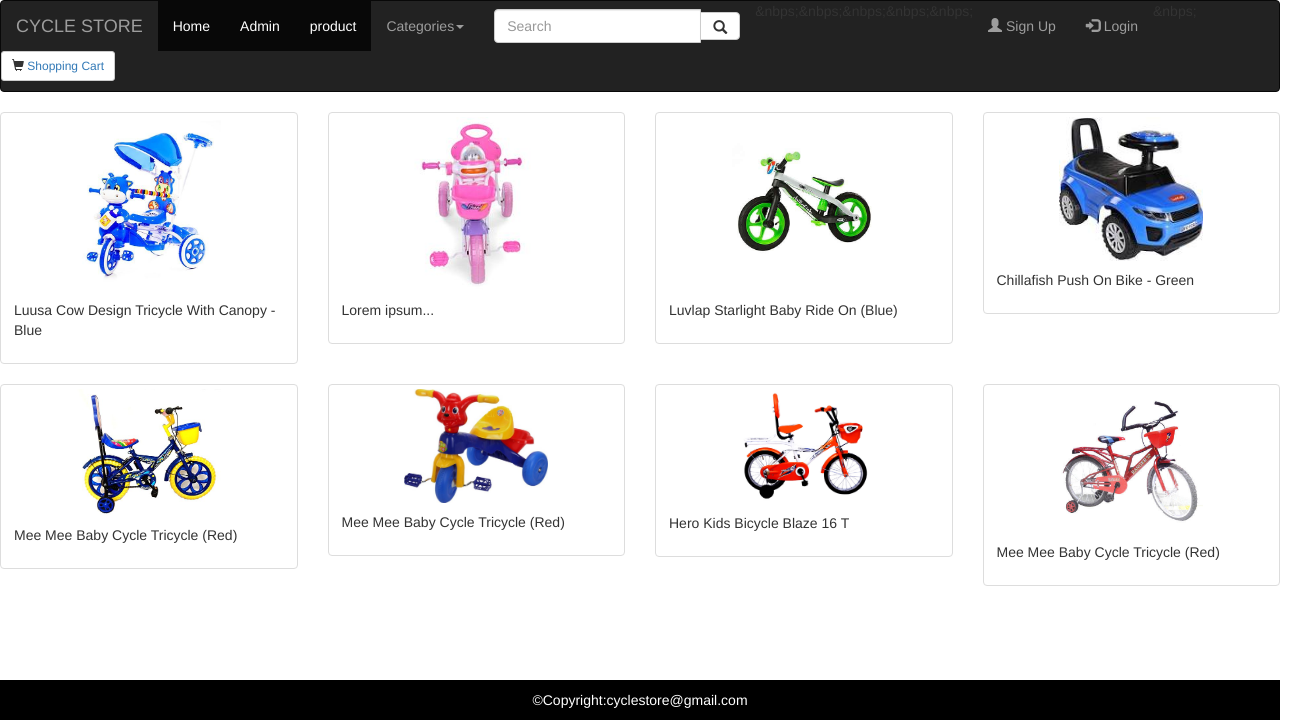
Repository: SumiyaSulaiman/project1
Page: http://localhost/cycle/kids.jsp
The author's editor kept a copy of each file at every save. The page is drawn from the files as they stood at one save, then again after the next save.
The browser window is 1280 px wide. The page is 1295 px wide, so the pictures cover 1295 px, including what lies to the right of the window. The pictures show the whole page.
Some web libraries are served in a nearby version. The page is served by Tomcat 9. Nobody is signed in. The application's start-up code is not run. Other server files are loaded and not shown.

Above is the page before, as saved 2017-12-22 07:43:55.

### project/cycle/src/main/webapp/kids.jsp
<%@ page language="java" contentType="text/html; charset=ISO-8859-1"
    pageEncoding="ISO-8859-1"%>
<!DOCTYPE html PUBLIC "-//W3C//DTD HTML 4.01 Transitional//EN" "http://www.w3.org/TR/html4/loose.dtd">
<html>
<head>
<meta http-equiv="Content-Type" content="text/html; charset=ISO-8859-1">
<style>

.row.flex{display:inline-flex;  width:100%;}
img{width:50%;height=auto;}

</style>
</head>
<body>

<jsp:include page="header.jsp"></jsp:include>

<div class="row" >
  <div class="col-xs-3">
    <div class="thumbnail">
      <a href="./resources/baby1.jpg">
        <img src="./resources/baby1.jpg" >
        <div class="caption">
          <p>Luusa Cow Design Tricycle With Canopy - Blue</p>
        </div>
      </a>
    </div>
  </div>
  <div class="col-xs-3">
    <div class="thumbnail" >
      <a href="./resources/baby2.jpg">
        <img src="./resources/baby2.jpg" >
        <div class="caption">
          <p>Lorem ipsum...</p>
        </div>
      </a>
    </div>
  </div>
  <div class="col-xs-3">
    <div class="thumbnail">
      <a href="./resources/kid1.jpg">
        <img src="./resources/kid1.jpg">
        <div class="caption">
          <p>Luvlap Starlight Baby Ride On (Blue)</p>
        </div>
      </a>
    </div>
  </div>
  <div class="col-xs-3">
    <div class="thumbnail">
      <a href="./resources/baby3.jpg">
        <img src="./resources/baby3.jpg"  >
        <div class="caption">
          <p>Chillafish Push On Bike - Green</p>
        </div>
      </a>
    </div>
  </div>

</div>

<div class="row">
	<div class="col-xs-3">
    <div class="thumbnail">
      <a href="./resources/baby4.jpg">
        <img src="./resources/baby4.jpg">
        <div class="caption">
          <p>Mee Mee Baby Cycle Tricycle  (Red)</p>
        </div>
      </a>
    </div>
  </div>

	<div class="col-xs-3">
    <div class="thumbnail">
      <a href="./resources/baby5.jpg">
        <img src="./resources/baby5.jpg">
        <div class="caption">
          <p>Mee Mee Baby Cycle Tricycle  (Red)</p>
        </div>
      </a>
    </div>
  </div>

	<div class="col-xs-3">
    <div class="thumbnail">
      <a href="./resources/kid2.jpg">
        <img src="./resources/kid2.jpg">
        <div class="caption">
          <p>Hero Kids Bicycle Blaze 16 T</p>
        </div>
      </a>
    </div>
  </div>

  <div class="col-xs-3">
    <div class="thumbnail">
      <a href="./resources/cycle3.jpg">
        <img src="./resources/cycle3.jpg">
        <div class="caption">
          <p>Mee Mee Baby Cycle Tricycle  (Red)</p>
        </div>
      </a>
    </div>
  </div>

</div>



<jsp:include page="footer.jsp"></jsp:include>

</body>
</html>

### project/cycle/src/main/webapp/header.jsp
 <%@ page language="java" contentType="text/html; charset=ISO-8859-1"
    pageEncoding="ISO-8859-1"%>
<!DOCTYPE html PUBLIC "-//W3C//DTD HTML 4.01 Transitional//EN" "http://www.w3.org/TR/html4/loose.dtd">
<html>
<head>
<meta charset="utf-8">
  <meta http-equiv="X-UA-Compatible" content="IE=edge">
  <meta name="description" content="">
  <meta name="viewport" content="width=device-width, initial-scale=1">
  <link rel="stylesheet" href="https://maxcdn.bootstrapcdn.com/bootstrap/3.3.7/css/bootstrap.min.css">
  <script src="https://ajax.googleapis.com/ajax/libs/jquery/3.2.0/jquery.min.js"></script>
  <script src="https://maxcdn.bootstrapcdn.com/bootstrap/3.3.7/js/bootstrap.min.js"></script>

</head>
<body>

<nav class="navbar navbar-inverse" >

    <div class="navbar-header">
      <a class="navbar-brand" href="#">CYCLE STORE</a>
    </div>
    <ul class="nav navbar-nav">
      <li class="active"><a href="index.jsp">Home</a></li>
      <li class="active"><a href="">Admin</a></li>
      <li class="active"><a href="">product</a></li>
      <li class="dropdown"><a class="dropdown-toggle" data-toggle="dropdown" href="Category">Categories<span class="caret"></span></a>
        <ul class="dropdown-menu">
          <li><a href="kids.jsp">KIDS</a> </li>
          <li><a href="women.jsp">WOMEN</a></li>
          <li><a href="men.jsp">MEN</a></li>
          <li>
          <%--  <c:forEach items="${clist }" var="c">
          <li><a href="#">${c.catName}</a></li>
          </c:forEach> --%>
        </ul>
      </li>


    <form class="navbar-form navbar-left">
      <div class="input-group">
        <input type="text" class="form-control" placeholder="Search">
        <div class="input-group-btn">
          <button class="btn btn-default" type="submit">
            <i class="glyphicon glyphicon-search"></i>
          </button>
        </div>
      </div>
    </form>


      <li>&nbps;&nbps;&nbps;&nbps;&nbps;</li>
      <li><a href="registration.jsp"><span class="glyphicon glyphicon-user"></span> Sign Up</a></li>
      <li> <a href="login.jsp"><span class="glyphicon glyphicon-log-in"></span> Login</a></li>
      <li>&nbps;</li>
    </ul>
       <p></p>
       <p>
        <button type="button" class="btn btn-default btn-sm">
          <span class="glyphicon glyphicon-shopping-cart"></span><a href="shoppingcart.jsp"> Shopping Cart</a>
        </button>
      </p>

</nav>

<style>
#ntext{
 color: #000000;
  }
</style>

</body>
</html>

### project/cycle/src/main/webapp/footer.jsp
<%@ page language="java" contentType="text/html; charset=ISO-8859-1"
    pageEncoding="ISO-8859-1"%>
<!DOCTYPE html PUBLIC "-//W3C//DTD HTML 4.01 Transitional//EN" "http://www.w3.org/TR/html4/loose.dtd">
<html>
<head>
<meta http-equiv="Content-Type" content="text/html; charset=ISO-8859-1">
<title>Insert title here</title>
</head>
<body>

<style>
.footer {
    position: fixed;
    left: 0;
    bottom: 0;
    width: 100%;
    background-color: black;
    color: white;
    text-align: center;
}
</style>

<div class="footer">
	<p></p>
  <p>©Copyright:cyclestore@gmail.com</p>
</div>

</body>
</html>

After the next save:
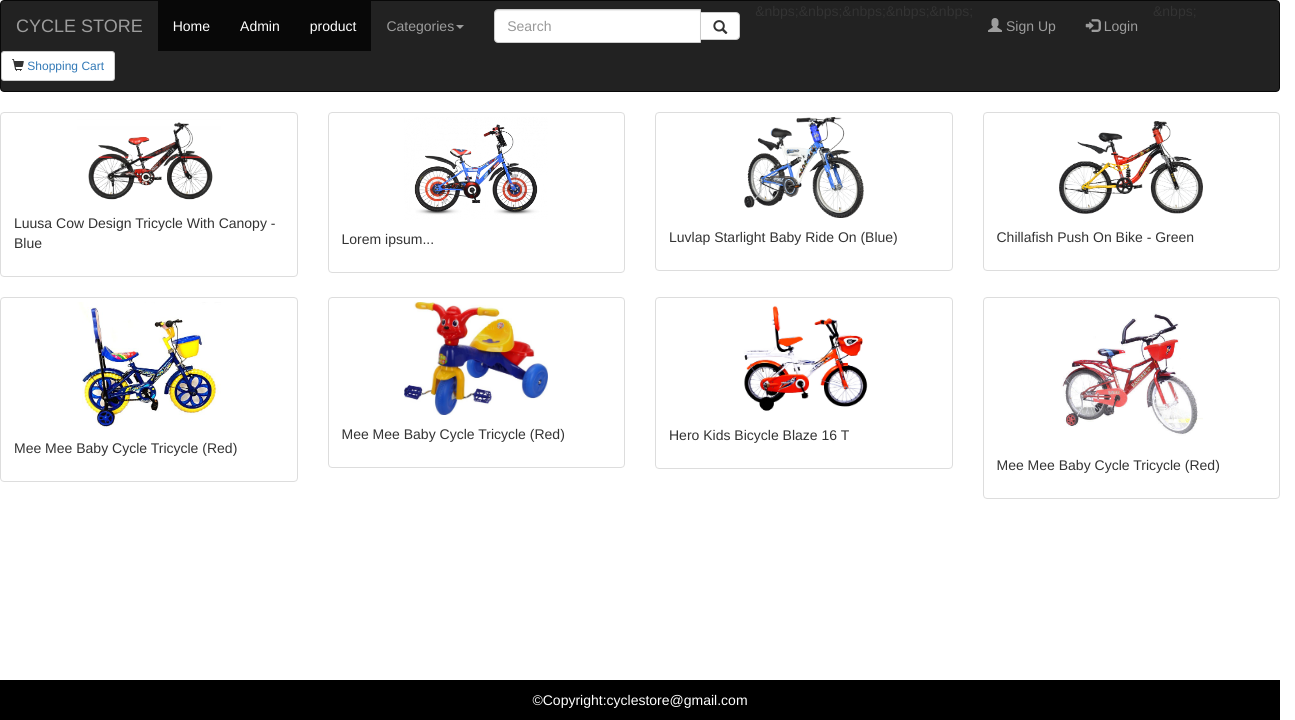
Saved 10 min 15 s later.
--- a/project/cycle/src/main/webapp/kids.jsp
+++ b/project/cycle/src/main/webapp/kids.jsp
@@ -18,8 +18,8 @@
 <div class="row" >
   <div class="col-xs-3">
     <div class="thumbnail">
-      <a href="./resources/baby1.jpg">
-        <img src="./resources/baby1.jpg" >
+      <a href="./resources/img1.jpg">
+        <img src="./resources/img1.jpg" >
         <div class="caption">
           <p>Luusa Cow Design Tricycle With Canopy - Blue</p>
         </div>
@@ -28,8 +28,8 @@
   </div>
   <div class="col-xs-3">
     <div class="thumbnail" >
-      <a href="./resources/baby2.jpg">
-        <img src="./resources/baby2.jpg" >
+      <a href="./resources/img2.jpg">
+        <img src="./resources/img2.jpg" >
         <div class="caption">
           <p>Lorem ipsum...</p>
         </div>
@@ -38,8 +38,8 @@
   </div>
   <div class="col-xs-3">
     <div class="thumbnail">
-      <a href="./resources/kid1.jpg">
-        <img src="./resources/kid1.jpg">
+      <a href="./resources/img3.jpg">
+        <img src="./resources/img3.jpg">
         <div class="caption">
           <p>Luvlap Starlight Baby Ride On (Blue)</p>
         </div>
@@ -48,8 +48,8 @@
   </div>
   <div class="col-xs-3">
     <div class="thumbnail">
-      <a href="./resources/baby3.jpg">
-        <img src="./resources/baby3.jpg"  >
+      <a href="./resources/img4.jpg">
+        <img src="./resources/img4.jpg"  >
         <div class="caption">
           <p>Chillafish Push On Bike - Green</p>
         </div>
